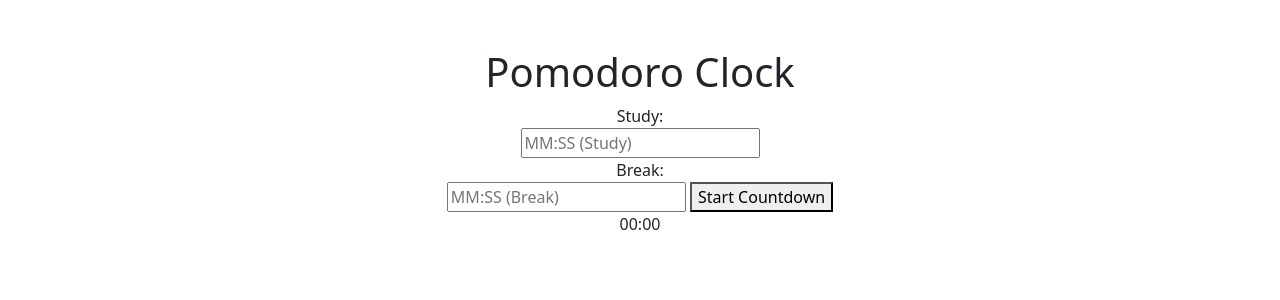
Repository: jobid0212/pomodoro-clock
Page: http://localhost/
These files come from the project's save history. The page is drawn as it stood at one moment and after the next save; the edit follows.
The browser window is 1280 px wide. The pictures show the whole page.
The page is served by the project's application, run on Flask 3 (app.py).

Above is the page before, as saved 2026-02-06 18:49:09.

### templates/index.html
<!DOCTYPE html>

<html lang="en">
    <head>

        <meta charset="utf-8">
        <meta name="viewport" content="initial-scale=1, width=device-width">

        <!-- http://getbootstrap.com/docs/5.3/ -->
        <link href="https://cdn.jsdelivr.net/npm/bootstrap@5.3.8/dist/css/bootstrap.min.css" rel="stylesheet" integrity="sha384-sRIl4kxILFvY47J16cr9ZwB07vP4J8+LH7qKQnuqkuIAvNWLzeN8tE5YBujZqJLB" crossorigin="anonymous">
        <script src="https://cdn.jsdelivr.net/npm/bootstrap@5.3.8/dist/js/bootstrap.bundle.min.js" integrity="sha384-FKyoEForCGlyvwx9Hj09JcYn3nv7wiPVlz7YYwJrWVcXK/BmnVDxM+D2scQbITxI" crossorigin="anonymous"></script>

         <link href="static/css/styles.css" rel="stylesheet">

         <title>Pomodoro Clock</title>

    </head>

    <body>
        <main class="container py-5 text-center">
            <body>
                <div>
                    <h1>Pomodoro Clock</h1>
                </div>
                <div class="timer-wrapper">
                    <span class="block-group">
                        <label for="studyDurationInput">Study:</label>
                        <input type="text" id="studyDurationInput"
                               pattern="[0-5][0-9]:[0-5][0-9]"
                               placeholder="MM:SS (Study)"
                               name="studyDurationInput">
                    </span>

                    <span class="block-group">
                        <label for="breakDurationInput">Break:</label>
                        <input type="text" id="breakDurationInput"
                               pattern="[0-5][0-9]:[0-5][0-9]"
                               placeholder="MM:SS (Break)"
                               name="breakDurationInput">
                    </span>

                    <button onclick="startTimer('study')">Start Countdown</button>

                    <div id="display">
                        00:00
                    </div>

                </div>
            </body>
        </main>
        <script src="static/js/script.js" defer></script>
    </body>
</html>

### app.py
from flask import Flask, flash, redirect, render_template, request

# Flask run --debug
app = Flask(__name__)


@app.route('/')
def index():
    return render_template("index.html")

### static/css/styles.css
.block-group label {
    display: block;
}

### static/js/script.js
let countdown;

function startTimer(phase) {
    // "Kill Switch" to stop any running timers
    clearInterval(countdown);

    const timeArray = document.getElementById('studyDurationInput').value.split(":");
    console.log(timeArray);
    if (timeArray.length != 2 ) return alert("Enter correct format! (MM:SS)");
    const seconds = Number(timeArray[0]) * 60 + Number(timeArray[1]);

    const now = Date.now();
    const then = now + seconds * 1000;
    displayTimeLeft(seconds);

    countdown = setInterval(function () {
        const secondsLeft = Math.round((then - Date.now()) / 1000);

        if (secondsLeft < 0) {
            clearInterval(countdown);
            if (phase == "study"){
                alert("Start Break!");
                startTimer("break");
                return;
            } else {
                alert("Break Over!");
                return;
            }

        }

        displayTimeLeft(secondsLeft);
    }, 1000);

}

function displayTimeLeft(seconds) {
    const minutes = Math.floor(seconds / 60);
    const remainderSeconds = seconds % 60;
    // For ternary operator: If remainderSeconds < 10, append '0', else append ''
    // Then it appends value of remainderSeconds
    const display = `${minutes}:${remainderSeconds < 10 ? '0' : ''}${remainderSeconds}`;
    document.getElementById('display').textContent = display;
}

After the next save:
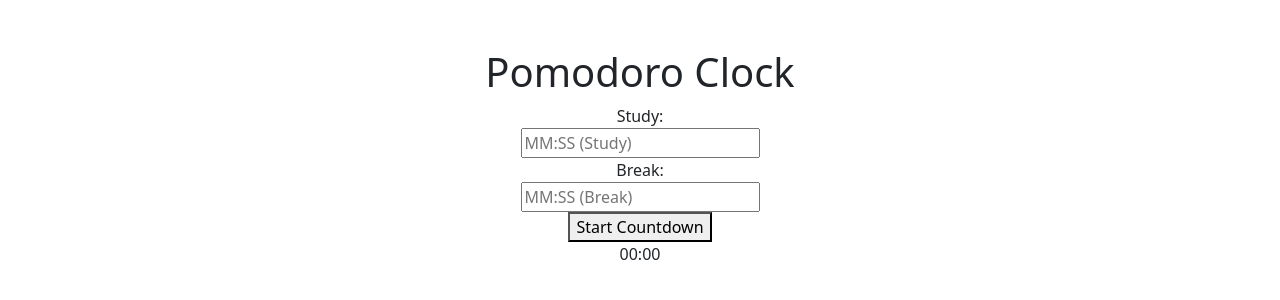
Saved 28 s later.
--- a/templates/index.html
+++ b/templates/index.html
@@ -39,7 +39,9 @@
                                name="breakDurationInput">
                     </span>
 
-                    <button onclick="startTimer('study')">Start Countdown</button>
+                    <div>
+                        <button onclick="startTimer('study')">Start Countdown</button>
+                    </div>
 
                     <div id="display">
                         00:00
